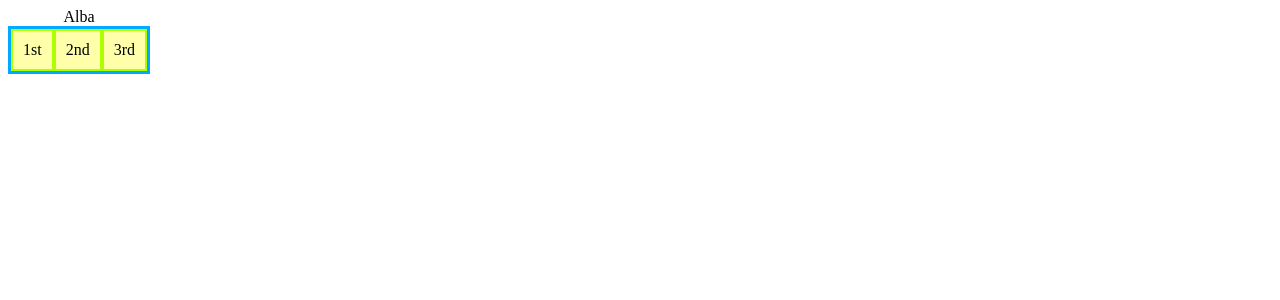
Repository: lixinso/html5
Page: workspace/CSS3/WebContent/box/box_div_table.html
The author's editor kept a copy of each file at every save. The page is drawn from the files as they stood at one save, then again after the next save.
The browser window is 1280 px wide. The pictures show the whole page.

Above is the page before, as saved 2011-05-28 01:48:01.

### workspace/CSS3/WebContent/box/box_div_table.html
<?xml version="1.0" encoding="UTF-8" ?>
<!DOCTYPE html PUBLIC "-//W3C//DTD XHTML 1.0 Transitional//EN" "http://www.w3.org/TR/xhtml1/DTD/xhtml1-transitional.dtd">
<html xmlns="http://www.w3.org/1999/xhtml">
<head>
<meta http-equiv="Content-Type" content="text/html; charset=UTF-8" />
<title>Insert title here</title>
<style type="text/css">

	.table{
		display: table;
		border: solid 3px #00aaff;
	}

	.caption{
		display: table-caption;
		text-align: center;
	}

	.tr{
		display: table-row;
	}

	.td{
		display: table-cell;
		border: solid 2px #aaff00;
		padding: 10px;
	}
	.thread{
		display: table-header-group;
		background-color: #ffffaa;
	}

</style>
</head>
<body>


	<div class="table">
		<div  class="caption">Alba</div>
		<div  class="thread">
			<div class="tr">
				<div class="td">1st</div>
				<div class="td">2nd</div>
				<div class="td">3rd</div>

			</div>
		</div>
	</div>

</body>
</html>

After the next save:
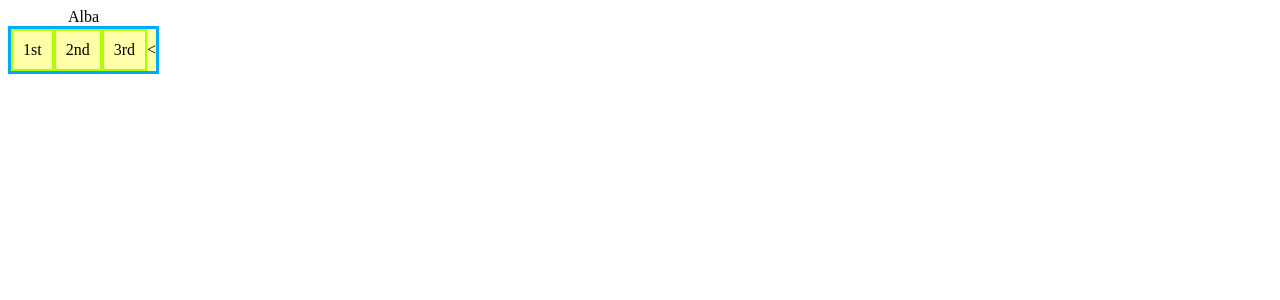
Saved 4 s later.
--- a/workspace/CSS3/WebContent/box/box_div_table.html
+++ b/workspace/CSS3/WebContent/box/box_div_table.html
@@ -42,7 +42,7 @@
 				<div class="td">1st</div>
 				<div class="td">2nd</div>
 				<div class="td">3rd</div>
-
+				<
 			</div>
 		</div>
 	</div>
